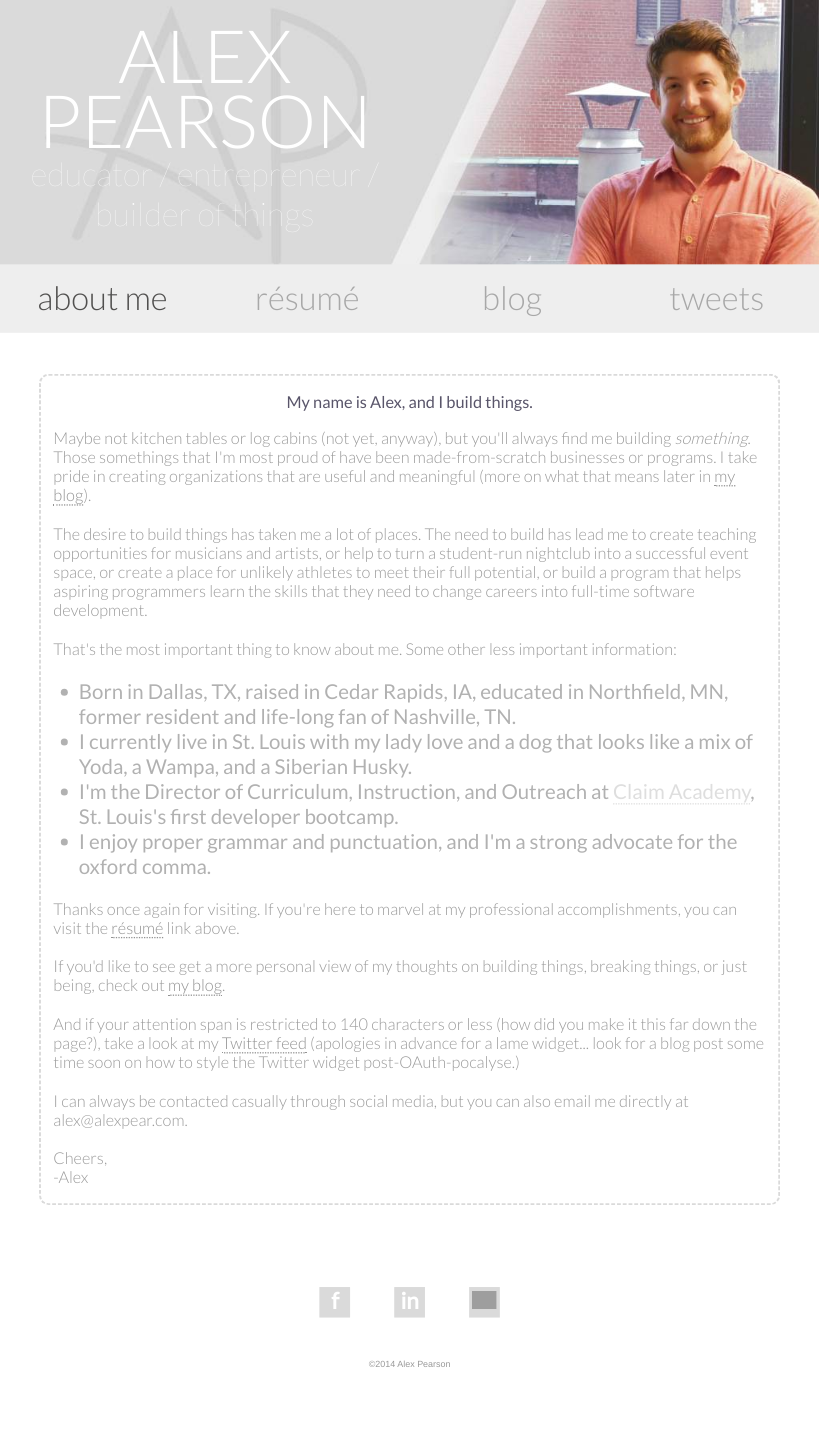
Repository: NAlexPear/personal-page
Page: about/index.html
The author's editor kept a record of every edit. The page is drawn from the files as they stood at one moment, then again after the next edit.
The browser window is 1280 px wide. The pictures show the whole page, at 64% of full size.
Pictures or frames that could not be fetched are drawn as grey boxes.

Above is the page before.

After the next edit:
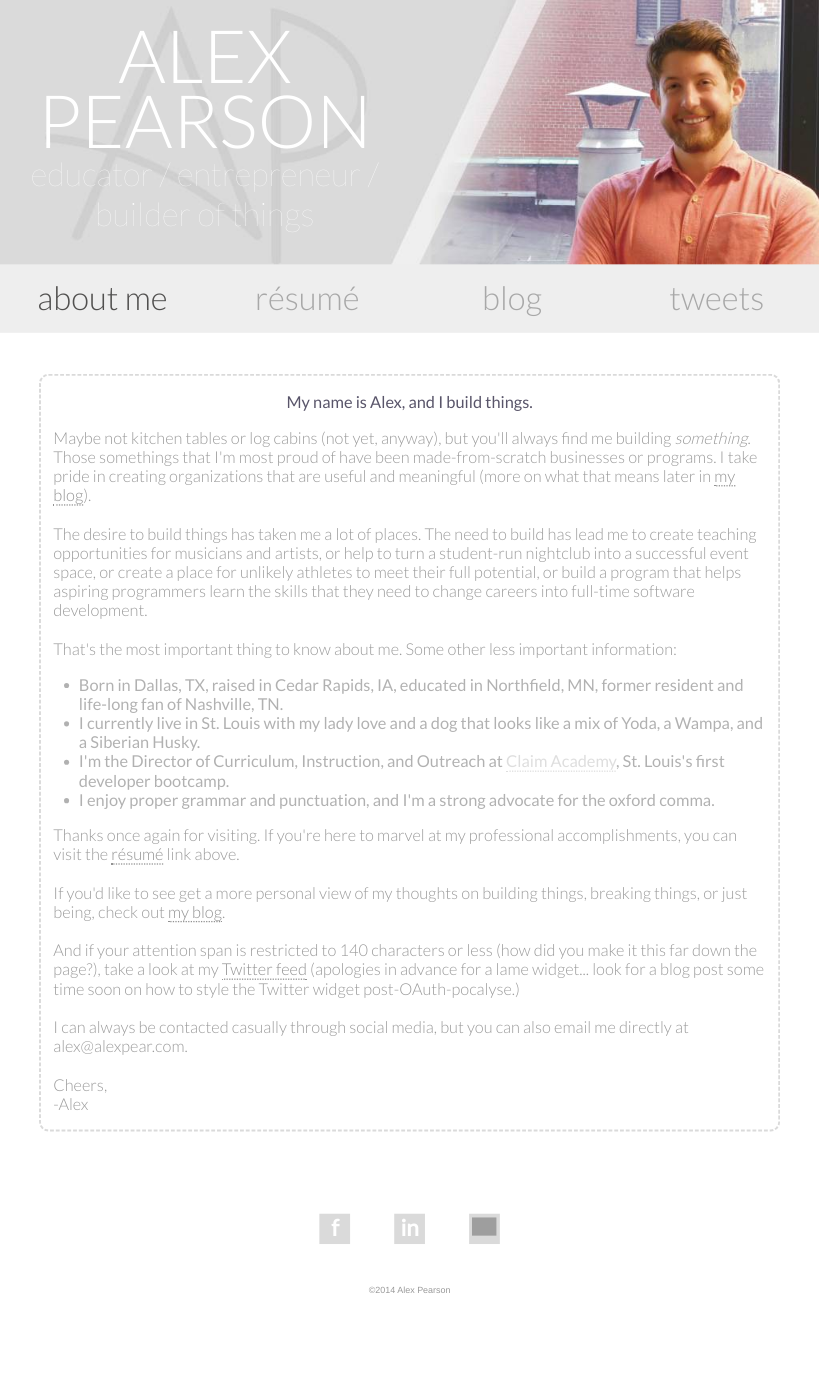
The edit:
--- a/about/index.html
+++ b/about/index.html
@@ -81,7 +81,7 @@
             <br>
             <br>
             That's the most important thing to know about me. Some other less important information:</p>
-            <ul style="text-align:left; font-size: 2.5vw;">
+            <ul style="text-align:left; font-size: 2vw;">
                 <li>Born in Dallas, TX, raised in Cedar Rapids, IA, educated in Northfield, MN, former resident and life-long fan of Nashville, TN.</li>
                 <li>I currently live in St. Louis with my lady love and a dog that looks like a mix of Yoda, a Wampa, and a Siberian Husky.</li>
                 <li>I'm the Director of Curriculum, Instruction, and Outreach at <a href="http://claimacademystl.com">Claim Academy</a>, St. Louis's first developer bootcamp.</li>
